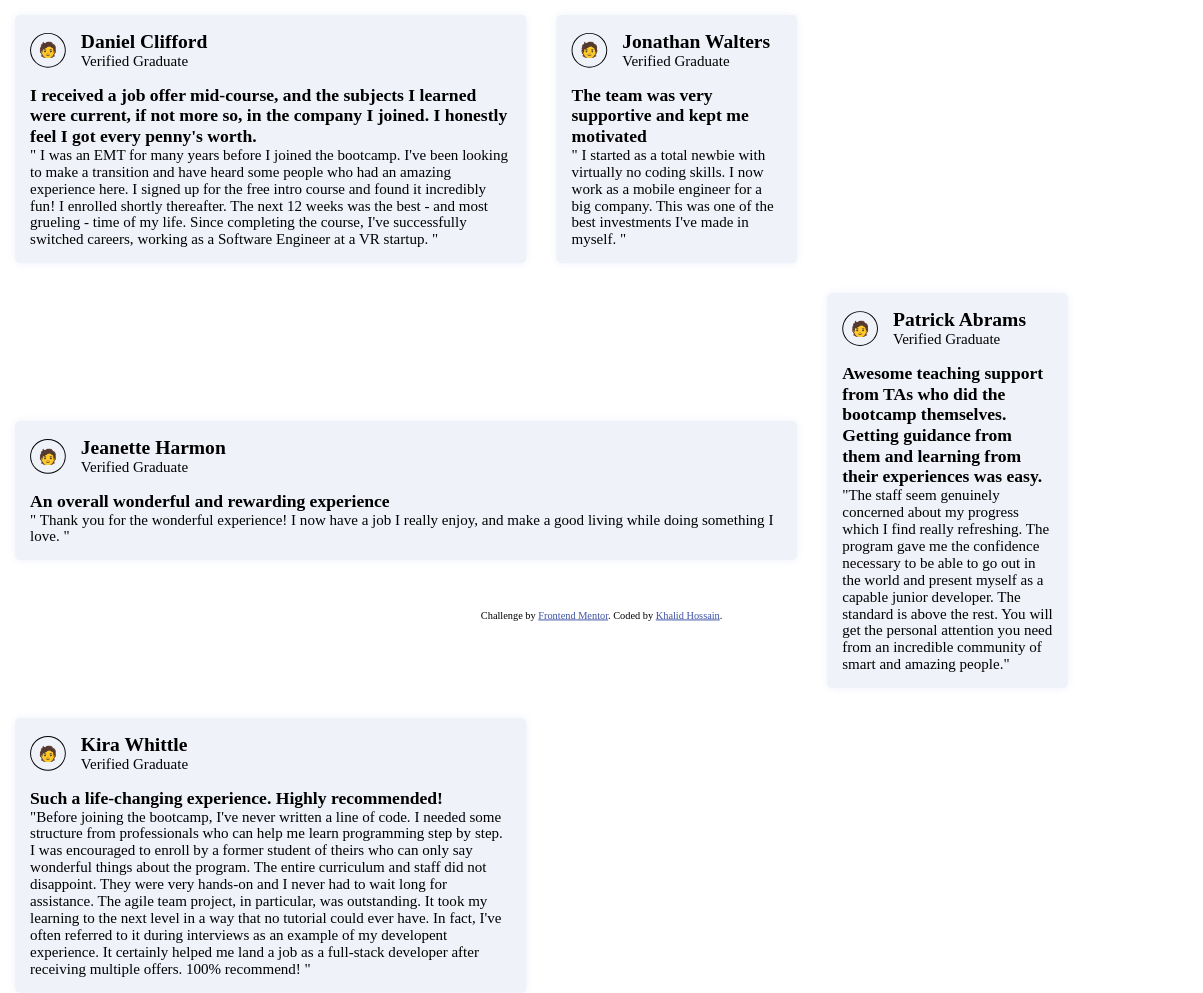
Repository: badhon252/Testimonials-Grid-Section
Page: index.html
An editor plug-in stored every save of this project. The page is shown before and after the next save, followed by the edit.
The browser window is 1280 px wide. The pictures show the whole page, at 94% of full size.

Above is the page before, as saved 2023-02-18 16:07:43.

After the next save:
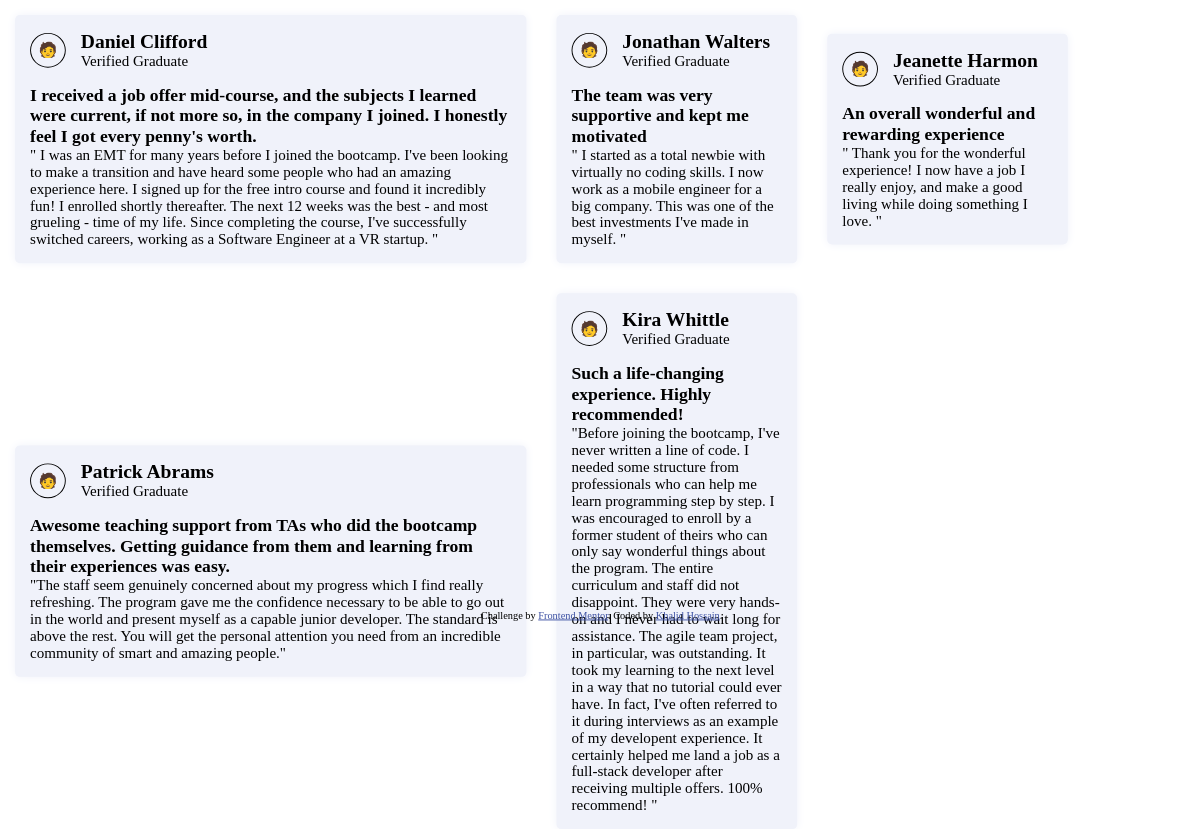
Saved 31 s later.
--- a/css/style.css
+++ b/css/style.css
@@ -55,8 +55,6 @@ body {
 .box3 {
     /* grid-area: box1; */
     background-color: hsl(227, 47%, 96%);
-    grid-column-start: 1;
-    grid-column-end: 3;
 }
 
 .box4 {
